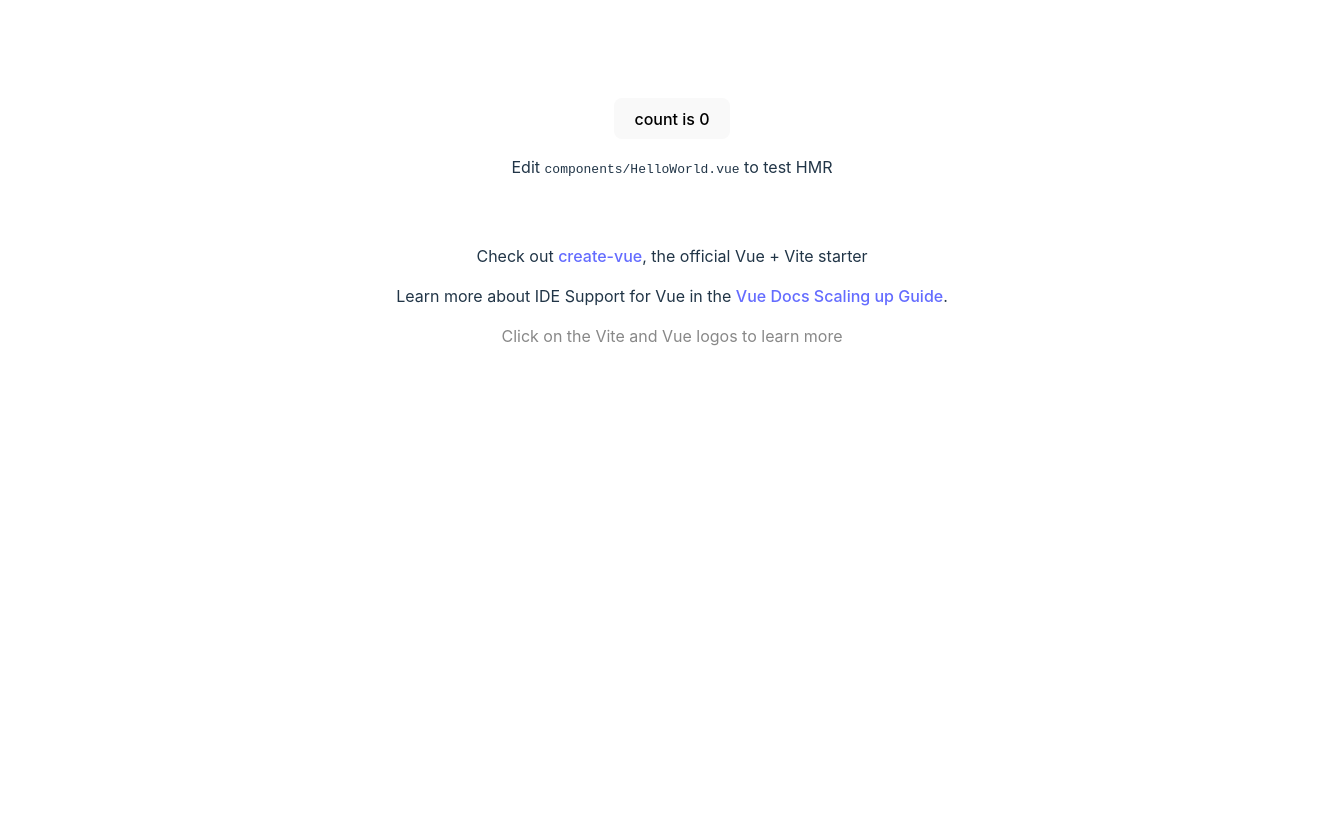
Repository: xiaoxianyu-zxcv/kefu_web
Page: /
An editor plug-in stored every save of this project. The page is shown before and after the next save, followed by the edit.
The browser window is 1280 px wide. The page is 1344 px wide, then 1280 px, then 1344 px, so the pictures cover 1344 px, including what lies to the right of the window. The pictures show the whole page.
The project was rebuilt for these pictures with package versions that can differ from the ones it lists, and the page was loaded fresh each time. Also part of the build but not shown: vite.config.js, src/view/chatRoom/chatRoom.vue.

Above is the page before, as saved 2024-12-07 23:48:05.

After the next save:
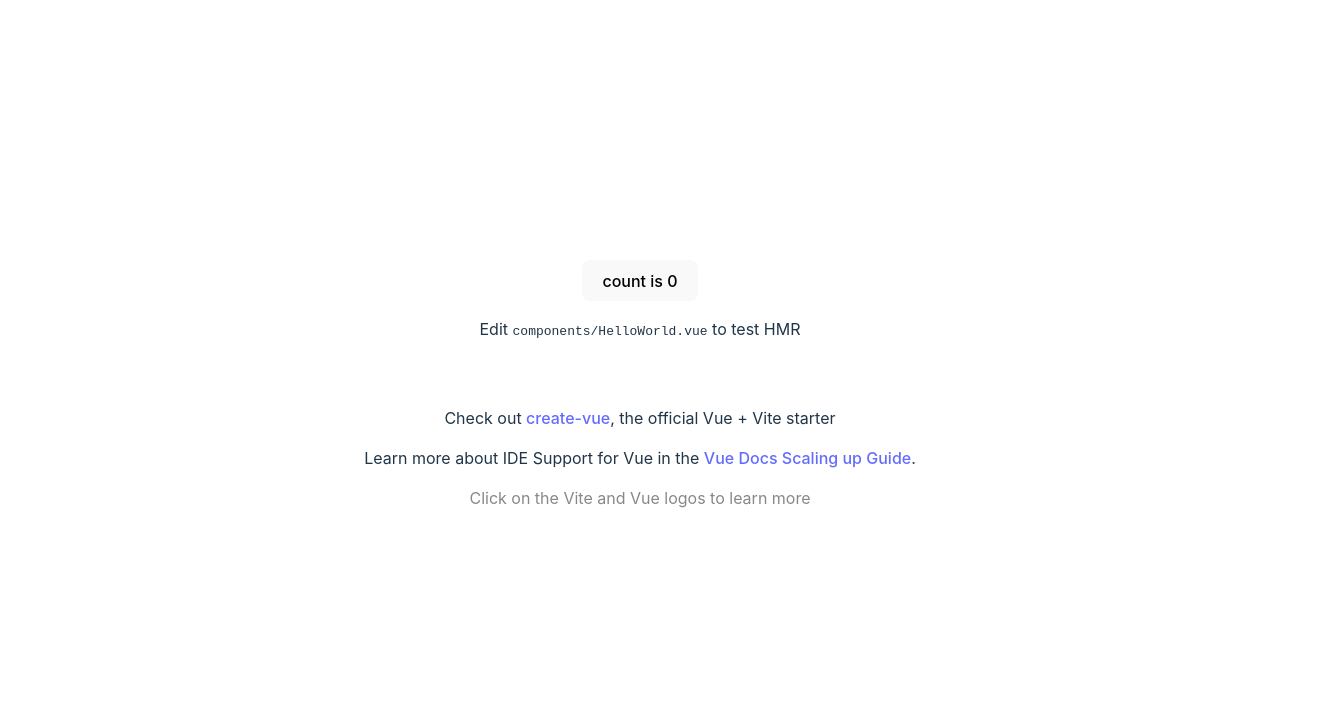
Saved 108 s later.
--- a/src/App.vue
+++ b/src/App.vue
@@ -7,21 +7,5 @@
 <script setup>
 </script>
 <style scoped>
-/* 全局样式重置 */
-* {
-  margin: 0;
-  padding: 0;
-  box-sizing: border-box;
-}
 
-html, body {
-  height: 100%;
-  width: 100%;
-  overflow: hidden;
-}
-
-.app-container {
-  height: 100vh;
-  width: 100vw;
-}
 </style>

After the save that followed:
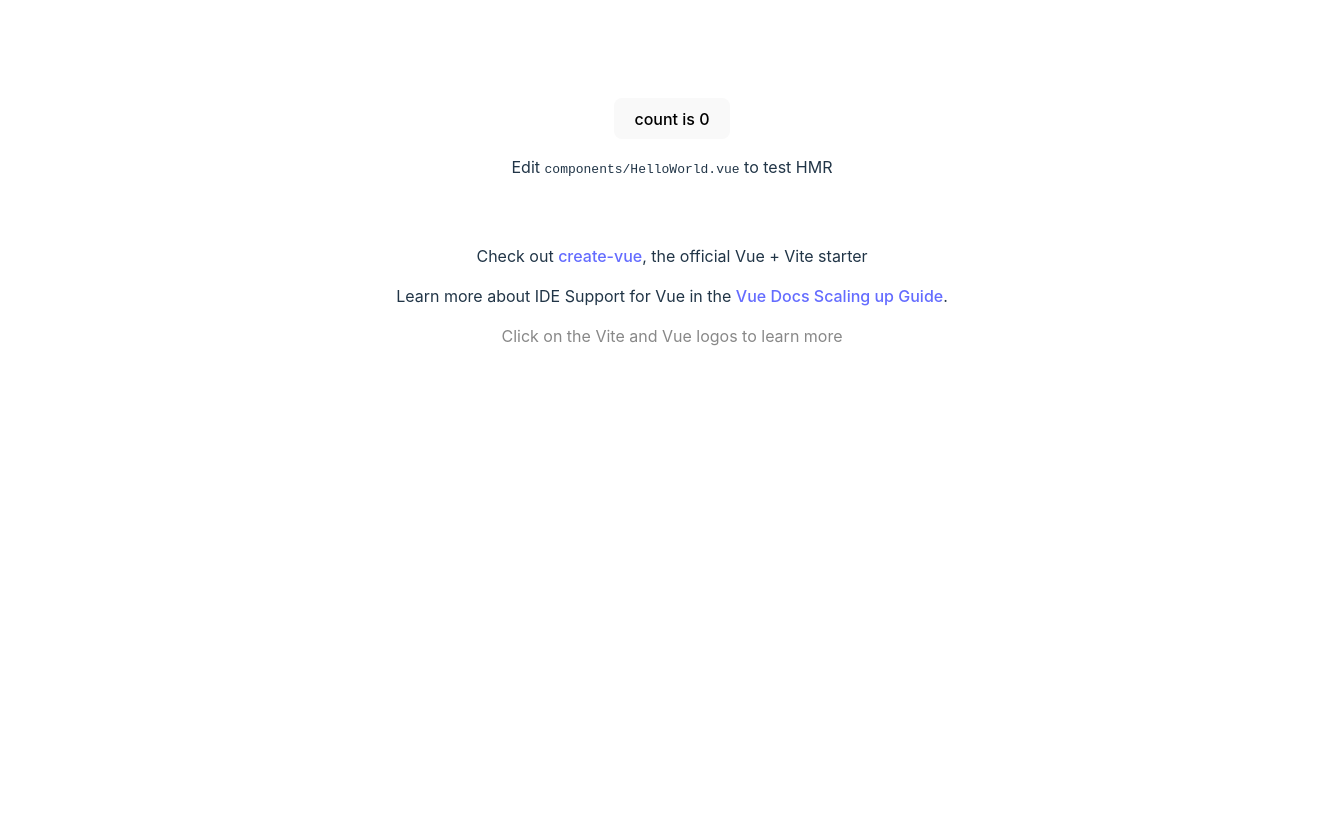
Saved 61 s later.
--- a/src/App.vue
+++ b/src/App.vue
@@ -7,5 +7,21 @@
 <script setup>
 </script>
 <style scoped>
+/* 全局样式重置 */
+* {
+  margin: 0;
+  padding: 0;
+  box-sizing: border-box;
+}
 
+html, body {
+  height: 100%;
+  width: 100%;
+  overflow: hidden;
+}
+
+.app-container {
+  height: 100vh;
+  width: 100vw;
+}
 </style>
